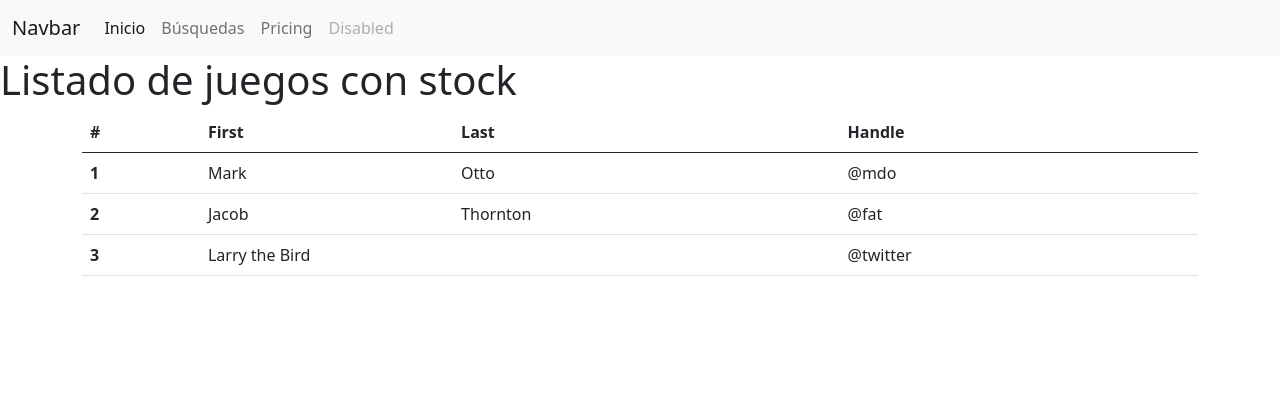
Repository: jose-269/32bits-4
Page: /busquedas
An editor plug-in stored every save of this project. The page is shown before and after the next save, followed by the edit.
The browser window is 1280 px wide. The pictures show the whole page.
The project was rebuilt for these pictures with package versions that can differ from the ones it lists, and the page was loaded fresh each time. Also part of the build but not shown: src/views/Home.vue.

Above is the page before, as saved 2021-04-28 00:06:59.

### public/index.html
<!DOCTYPE html>
<html lang="">
  <head>
    <meta charset="utf-8" />
    <meta http-equiv="X-UA-Compatible" content="IE=edge" />
    <meta name="viewport" content="width=device-width,initial-scale=1.0" />
    <link rel="icon" href="<%= BASE_URL %>favicon.ico" />
    <title><%= htmlWebpackPlugin.options.title %></title>
    <link
      href="https://cdn.jsdelivr.net/npm/bootstrap@5.0.0-beta3/dist/css/bootstrap.min.css"
      rel="stylesheet"
      integrity="sha384-eOJMYsd53ii+scO/bJGFsiCZc+5NDVN2yr8+0RDqr0Ql0h+rP48ckxlpbzKgwra6"
      crossorigin="anonymous"
    />
  </head>
  <body>
    <noscript>
      <strong
        >We're sorry but <%= htmlWebpackPlugin.options.title %> doesn't work
        properly without JavaScript enabled. Please enable it to
        continue.</strong
      >
    </noscript>
    <div id="app"></div>
    <!-- built files will be auto injected -->
    <script
      src="https://cdn.jsdelivr.net/npm/bootstrap@5.0.0-beta3/dist/js/bootstrap.bundle.min.js"
      integrity="sha384-JEW9xMcG8R+pH31jmWH6WWP0WintQrMb4s7ZOdauHnUtxwoG2vI5DkLtS3qm9Ekf"
      crossorigin="anonymous"
    ></script>
  </body>
</html>

### src/App.vue
<template>
  <div id="app">
    <Nav />
    <router-view />
  </div>
</template>
<script>
import Nav from "@/components/Nav.vue"
export default {
  name: "App",
  components: {
    Nav,
  },
}
</script>

### src/router/index.js
import Vue from "vue";
import VueRouter from "vue-router";
import Home from "../views/Home.vue";

Vue.use(VueRouter);

const routes = [
  {
    path: "/",
    name: "Home",
    component: Home,
  },
  {
    path: "/busquedas",
    name: "Busquedas",
    // route level code-splitting
    // this generates a separate chunk (about.[hash].js) for this route
    // which is lazy-loaded when the route is visited.
    component: () =>
      import(/* webpackChunkName: "about" */ "../views/Busquedas.vue"),
  },
];

const router = new VueRouter({
  mode: "history",
  base: process.env.BASE_URL,
  routes,
});

export default router;

### src/components/Nav.vue
<template>
  <nav class="navbar navbar-expand-lg navbar-light bg-light">
    <div class="container-fluid">
      <a class="navbar-brand" href="#">Navbar</a>
      <button
        class="navbar-toggler"
        type="button"
        data-bs-toggle="collapse"
        data-bs-target="#navbarNav"
        aria-controls="navbarNav"
        aria-expanded="false"
        aria-label="Toggle navigation"
      >
        <span class="navbar-toggler-icon"></span>
      </button>
      <div class="collapse navbar-collapse" id="navbarNav">
        <ul class="navbar-nav">
          <li class="nav-item">
            <router-link
              class="nav-link active"
              aria-current="page"
              :to="{ name: 'Home' }"
              >Inicio</router-link
            >
          </li>
          <li class="nav-item">
            <router-link class="nav-link" :to="{ name: 'Busquedas' }"
              >Búsquedas</router-link
            >
          </li>
          <li class="nav-item">
            <a class="nav-link" href="#">Pricing</a>
          </li>
          <li class="nav-item">
            <a
              class="nav-link disabled"
              href="#"
              tabindex="-1"
              aria-disabled="true"
              >Disabled</a
            >
          </li>
        </ul>
      </div>
    </div>
  </nav>
</template>

<script>
export default {
  name: "Nav",
};
</script>

<style></style>

### src/views/Busquedas.vue
<template>
  <div>
    <h1>Listado de juegos con stock</h1>
    <div class="container">
      <row>
        <div class="col-12">
          <TablaJuegos />
        </div>
      </row>
    </div>
  </div>
</template>
<script>
import TablaJuegos from "@/components/TablaJuegos.vue";
export default {
  name: "Busquedas",
  components: {
    TablaJuegos,
  },
};
</script>

### src/components/TablaJuegos.vue
<template>
  <table class="table">
    <thead>
      <tr>
        <th scope="col">#</th>
        <th scope="col">First</th>
        <th scope="col">Last</th>
        <th scope="col">Handle</th>
      </tr>
    </thead>
    <tbody>
      <tr>
        <th scope="row">1</th>
        <td>Mark</td>
        <td>Otto</td>
        <td>@mdo</td>
      </tr>
      <tr>
        <th scope="row">2</th>
        <td>Jacob</td>
        <td>Thornton</td>
        <td>@fat</td>
      </tr>
      <tr>
        <th scope="row">3</th>
        <td colspan="2">Larry the Bird</td>
        <td>@twitter</td>
      </tr>
    </tbody>
  </table>
</template>

<script>
export default {
  name: "TablaJuegos",
};
</script>

Loaded but not shown: src/main.js (common file); src/store/index.js (common file)

After the next save:
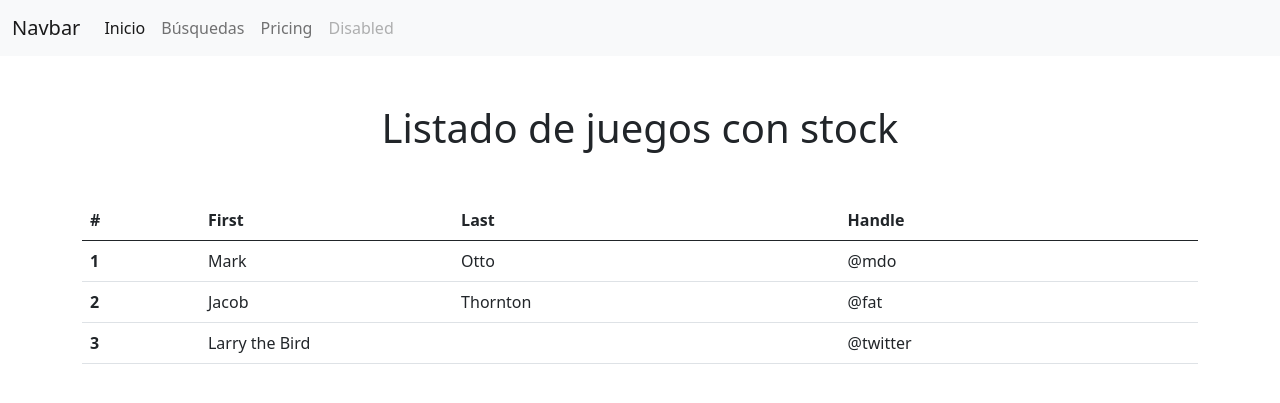
Saved 85 s later.
--- a/src/views/Busquedas.vue
+++ b/src/views/Busquedas.vue
@@ -1,6 +1,6 @@
 <template>
   <div>
-    <h1>Listado de juegos con stock</h1>
+    <h1 class="text-center my-5">Listado de juegos con stock</h1>
     <div class="container">
       <row>
         <div class="col-12">
